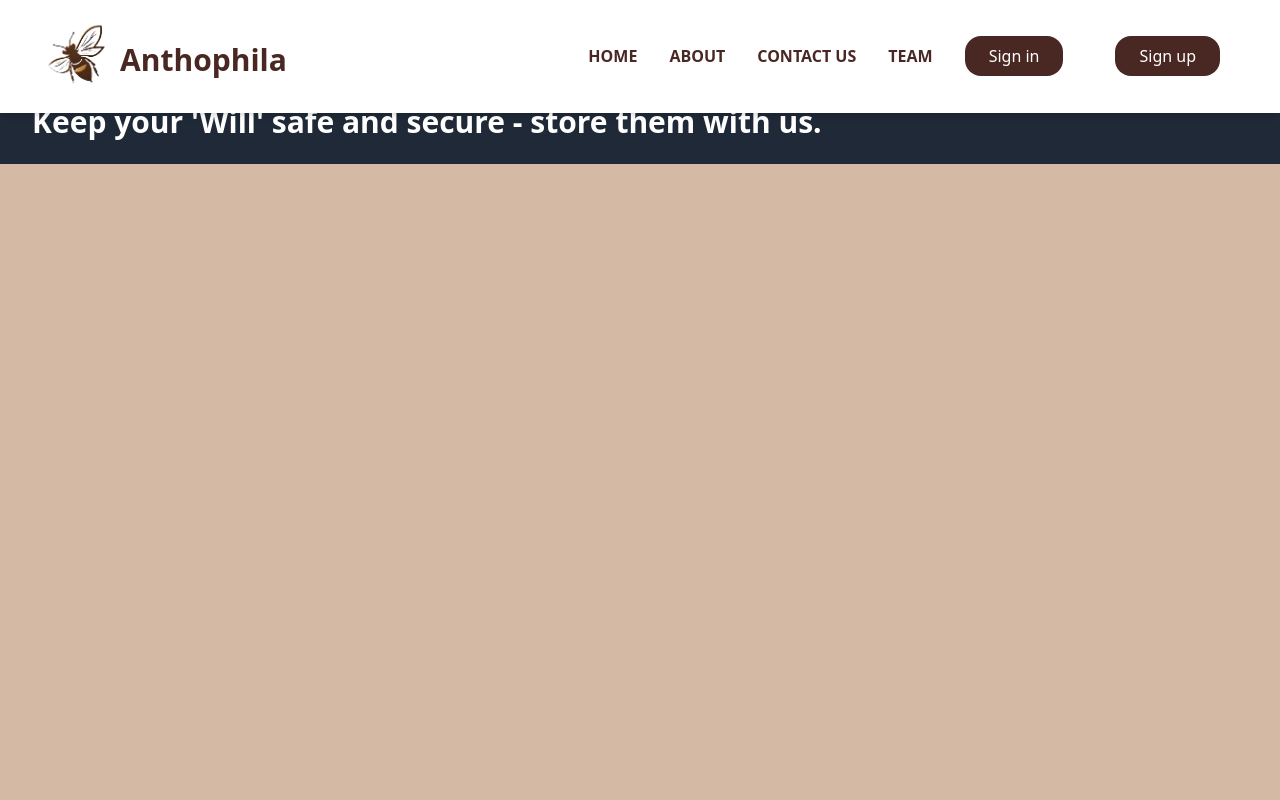
Repository: marcusdashe/anthophila
Page: /
The author's editor kept a copy of each file at every save. The page is drawn from the files as they stood at one save, then again after the next save.
The browser window is 1280 px wide. The pictures show the whole page.
The project was rebuilt for these pictures with package versions that can differ from the ones it lists, and the page was loaded fresh each time. The framework's server and built-in components were replaced by stand-ins that run in the browser. Also part of the build but not shown: next.config.js, styles/Home.module.css.

Above is the page before, as saved 2023-02-26 16:32:17.

### pages/index.js
import Head from 'next/head'
import Image from 'next/image'
import { Inter } from '@next/font/google'
import styles from '@/styles/Home.module.css'
import { Nav } from '@/components/Nav'
import Hero from '@/components/Hero'

const inter = Inter({ subsets: ['latin'] })

export default function Home() {
  return (
    <>
      <Head>
        <title>Anthophilia</title>
        <meta name="description" content="decentralized platform for storing will" />
        <meta name="viewport" content="width=device-width, initial-scale=1" />
        <link rel="icon" href="/favicon.ico" />
      </Head>
      <Nav />

      <main className="bg-[#D4B9A4] w-full h-screen">
      <Hero />

      </main>
    </>
  )
}

### components/Nav.jsx
import React, { useState } from 'react'
import Button from './Button'
import MenuIcon from '@mui/icons-material/Menu';
import CloseIcon from '@mui/icons-material/Close';

export const Nav = () => {
  let Links = [
    { name: "HOME", link: "/"},
    { name: "ABOUT", link: "/about"},
    { name: "CONTACT US", link: "/contact"},
    { name: "TEAM", link: "/team"},
  ]
  let [open, setOpen] = useState(false)

  return (
    <div className='shadow-md w-full fixed top-0 left-0'>
        <div className='md:flex items-center justify-between bg-white py-4 md:px-10 px-7'>
            <div className='font-bold text-2xl cursor-pointer flex items-center text-gray-80'>
            <img src="/assets/logo.png" alt="logo" className="object-scale-down h-50 w-20" />
                <span className='text-3xl text-[#492823] mr-1 pt-2'>
                    Anthophila
                </span>
            </div>
            <div onClick={()=> setOpen(!open)} className='text-3xl absolute right-8 top-6 cursor-pointer md:hidden '>
              {open ? <CloseIcon fontSize='large'/> : <MenuIcon fontSize='large'/>}

            </div>
            <ul className={`md:flex md:items-center md:pb-0 pb-12 absolute md:static bg-white md:z-auto z-[-1] left-0 w-full md:w-auto md:pl-0 pl-9 transition-all duration-500 ease-in ${open ? 'top-20 opacity-100' : 'top-[-490px]'} md:opacity-100 opacity-0`}>
              { Links.map((link, idx) => (
                <li key={link.name} className='md:ml-8 text-md font-bold md:my-0 my-7'>
                    <a href={link.link} key={idx} className="text-[#492823] hover:text-[#F5F1F3] duration-500">{link.name}</a>
                </li>
              ))}
              <Button>Sign in</Button>
              <Button>Sign up</Button>
            </ul>
        </div>
    </div>
  )
}

### components/Hero.jsx
import React from 'react'

const Hero = () => {
  return (<>

            <header className="bg-gray-800 py-6 mt-20">
                    <div className="max-w-7xl mx-auto px-4 sm:px-6 lg:px-8">
                        <h1 className="text-3xl font-bold text-white">Keep your 'Will' safe and secure - store them with us.</h1>
                    </div>
            </header>
        </>

  )
}

export default Hero

### components/Button.jsx
import React from 'react'

const Button = (props) => {
  return (
    <button className='bg-[#492823] w-150 mr-5 text-white py-2 px-6 rounded-2xl md:ml-8 hover:bg-[#F5F1F3] hover:text-[#492823] duration-500'>
        {props.children}
    </button>
  )
}

export default Button

### tailwind.config.js
/** @type {import('tailwindcss').Config} */

module.exports = {
  content: [
    "./app/**/*.{js,ts,jsx,tsx}",
    "./pages/**/*.{js,ts,jsx,tsx}",
    "./components/**/*.{js,ts,jsx,tsx}",
  ],
  theme: {
    extend: {},
  },
  plugins: [],
}

Loaded but not shown: pages/_app.js (common file); pages/_document.js (common file); styles/globals.css (common file)

After the next save:
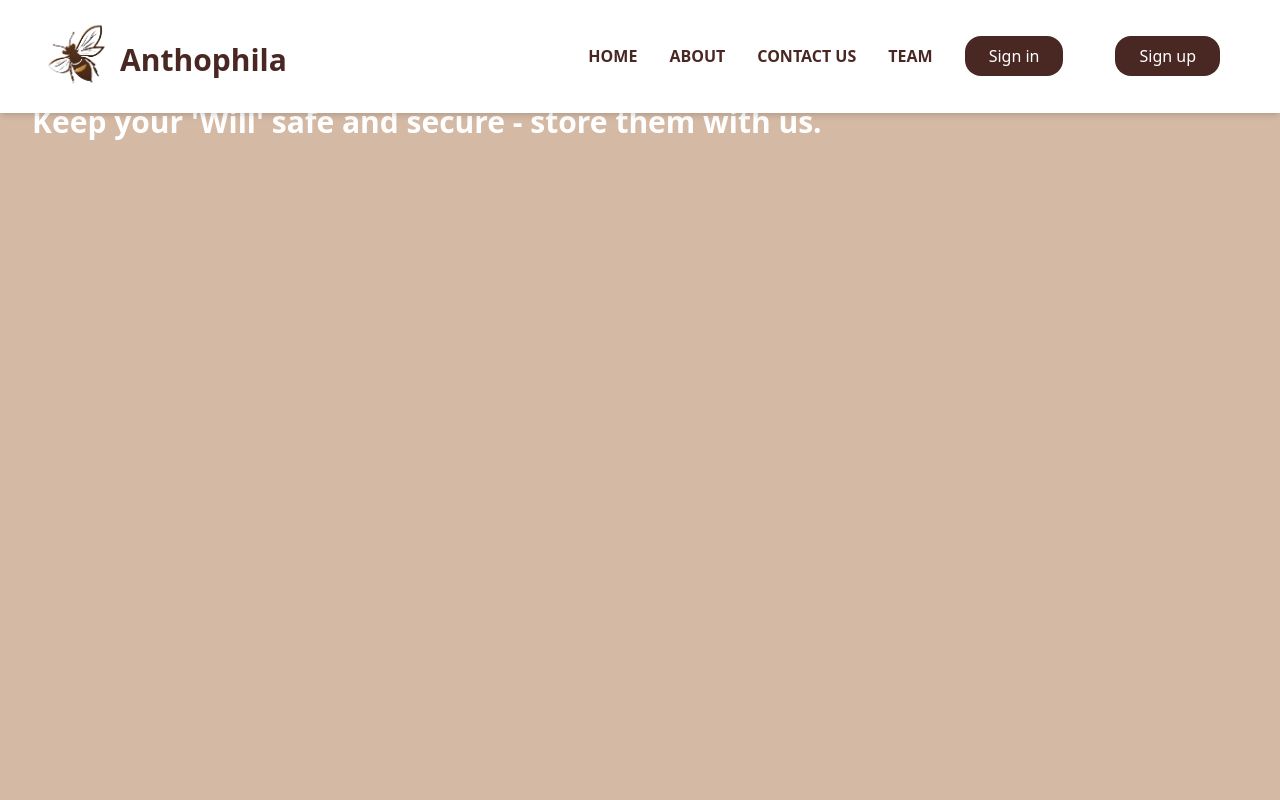
Saved 24 s later.
--- a/components/Hero.jsx
+++ b/components/Hero.jsx
@@ -3,7 +3,7 @@
 const Hero = () => {
   return (<>
 
-            <header className="bg-gray-800 py-6 mt-20">
+            <header className="py-6 mt-20">
                     <div className="max-w-7xl mx-auto px-4 sm:px-6 lg:px-8">
                         <h1 className="text-3xl font-bold text-white">Keep your 'Will' safe and secure - store them with us.</h1>
                     </div>
